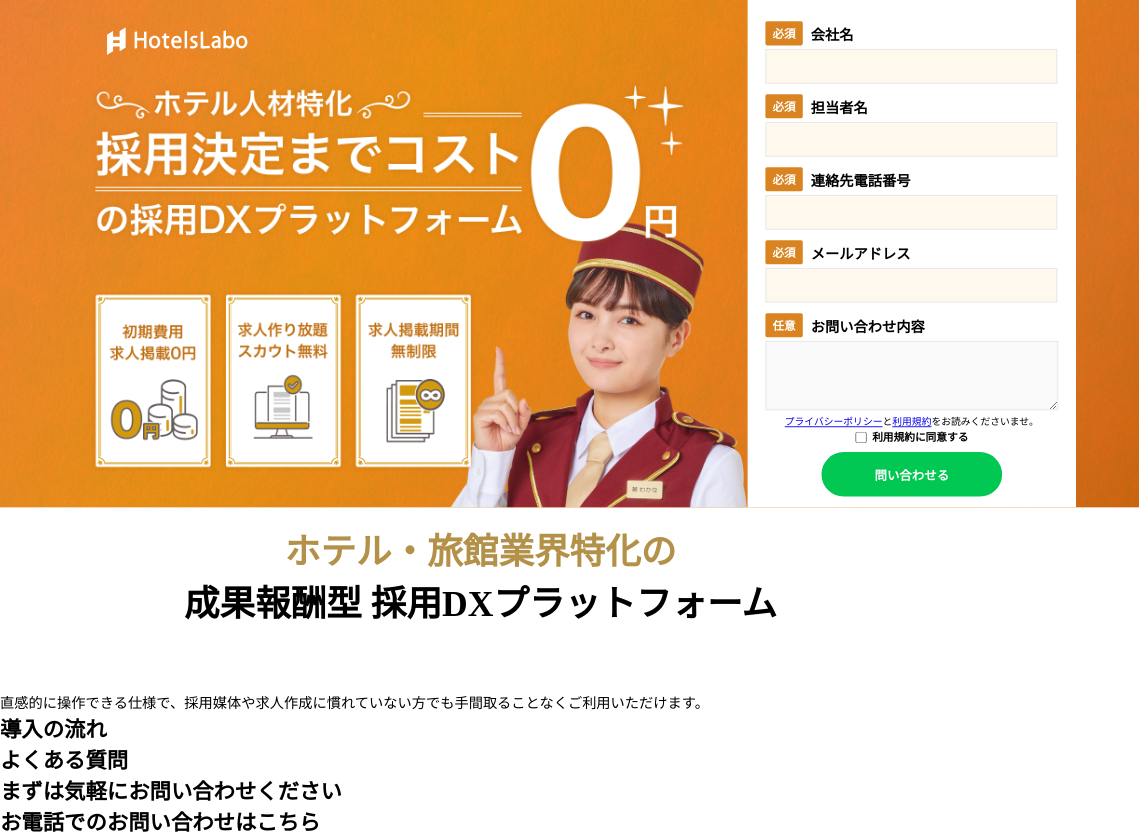
Repository: FujieRyou/to_b_lp
Page: index.html
The author's editor kept a copy of each file at every save. The page is drawn from the files as they stood at one save, then again after the next save.
The browser window is 1280 px wide. The pictures show the whole page, at 89% of full size.

Above is the page before, as saved 2024-03-04 01:43:43.
Not found: index.js

After the next save:
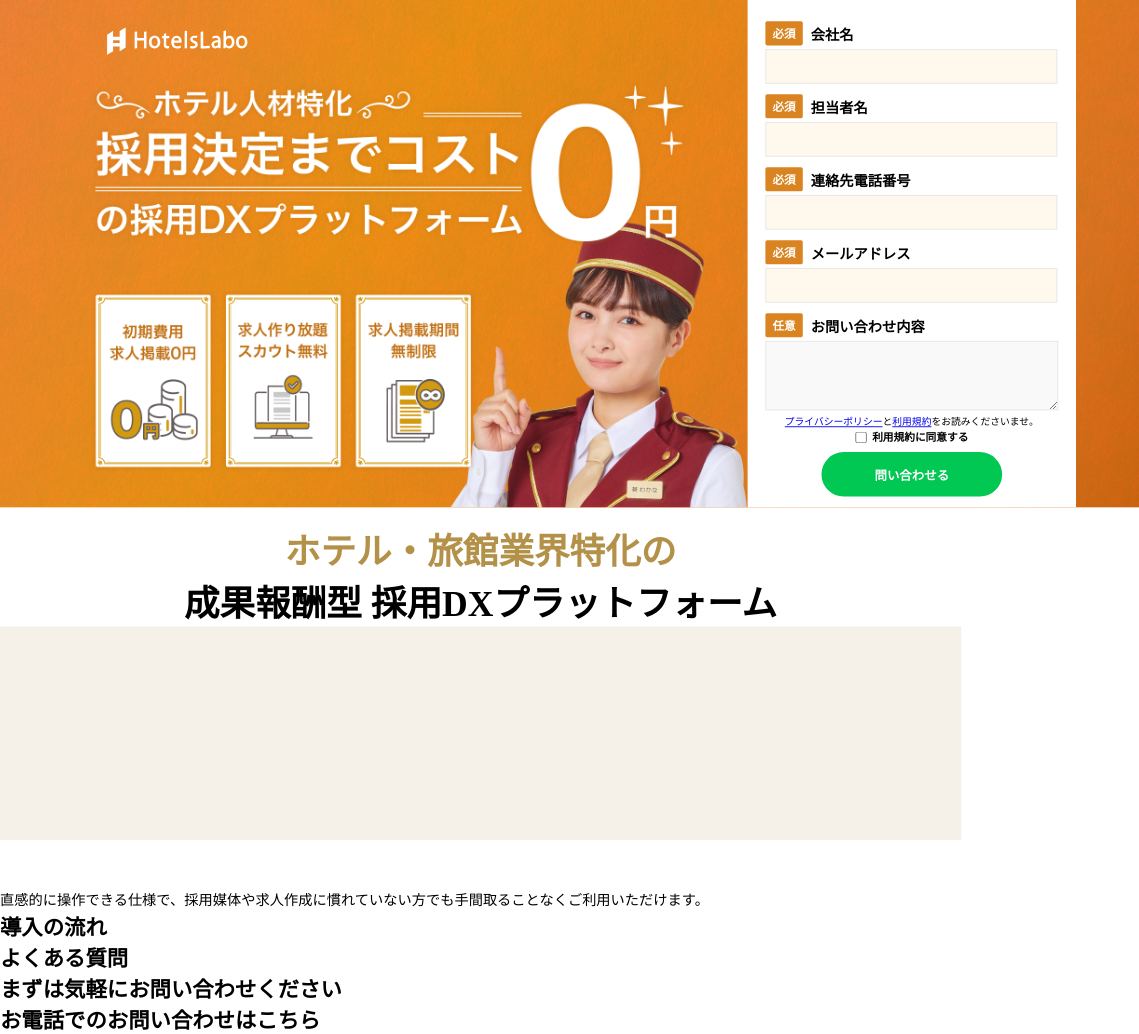
Saved 76 s later.
--- a/style.css
+++ b/style.css
@@ -126,3 +126,9 @@
 .specializedIntroductionWrap > h2 > span{
     color: rgba(179, 145, 73, 1);
 }
+
+.featuresWrap{
+    width: 100%;
+    height: 240px;
+    background-color: rgba(245, 240, 232, 1);
+}
